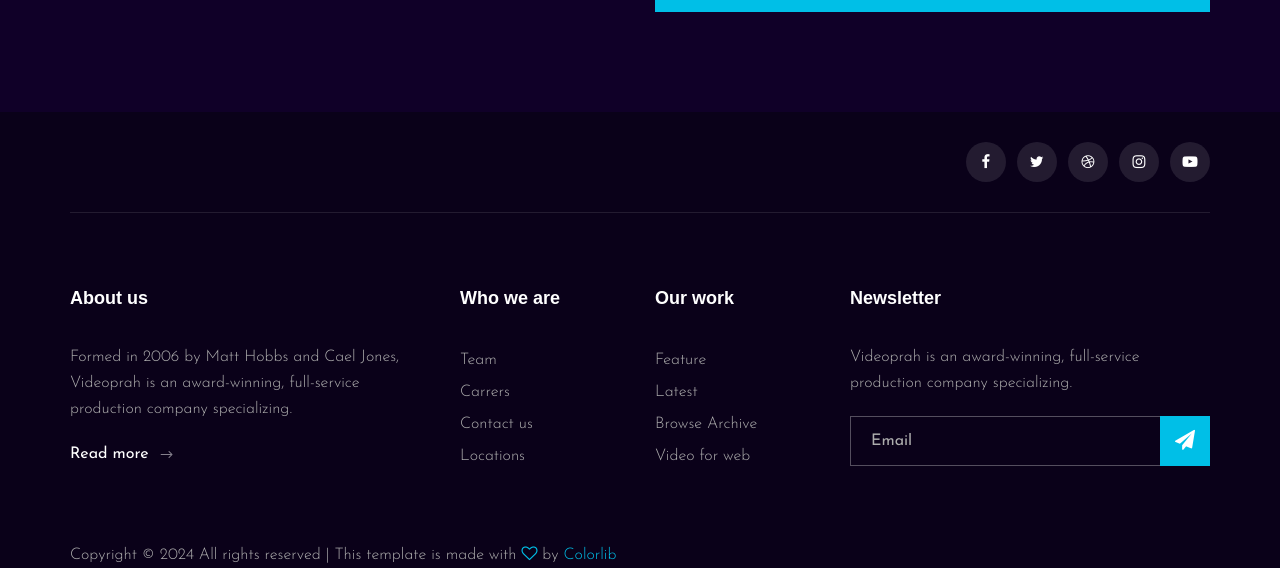
Repository: codexshot/himanshu-portfolio.io
Page: contact.html
An editor plug-in stored every save of this project. The page is shown before and after a run of saves, followed by the edit.
The browser window is 1280 px wide. The pictures show the part of the page from y = 1095 to 1663 px (the page is 1663 px tall before and 1637 px after).
Some web fonts or font styles are not loaded; a fallback is used.

Above is the page before, as saved 2024-04-14 19:03:02.

After the next 6 saves:
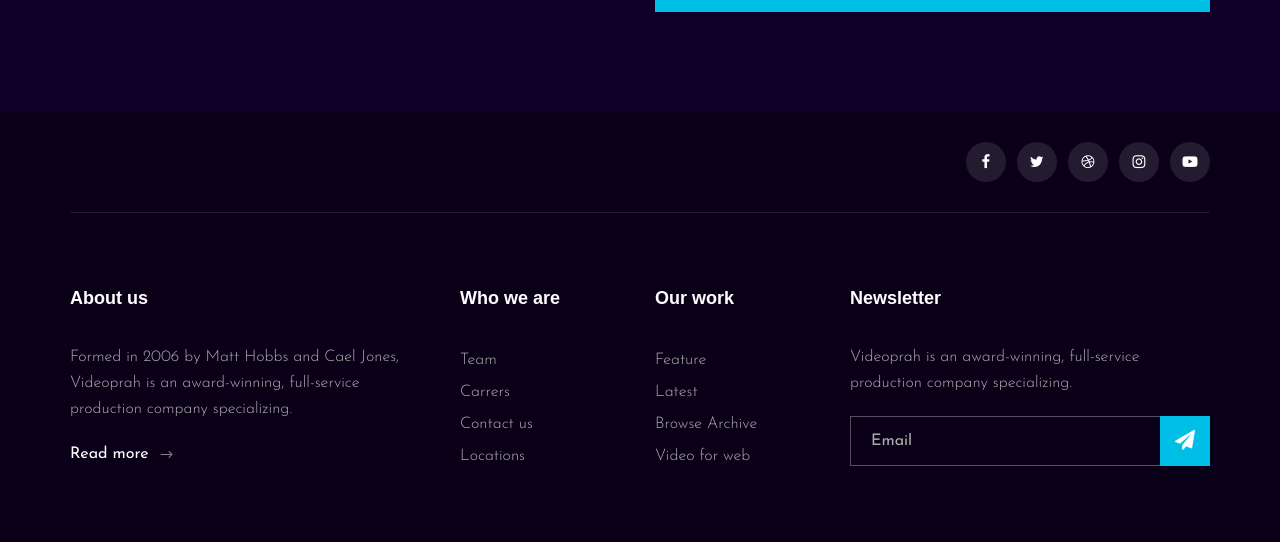
The 6 saves are shown as one change because they came seconds apart.
The last was saved 10 s later.
--- a/contact.html
+++ b/contact.html
@@ -222,12 +222,12 @@
                 <!-- <div class="row"> -->
                     <!-- <div class="col-lg-12 text-center"> -->
                         <!-- Link back to Colorlib can't be removed. Template is licensed under CC BY 3.0. -->
-                        <p class="footer__copyright__text">Copyright &copy;
-                            <script>
-                                document.write(new Date().getFullYear());
-                            </script>
-                            All rights reserved | This template is made with <i class="fa fa-heart-o"
-                                aria-hidden="true"></i> by <a href="https://colorlib.com" target="_blank">Colorlib</a>
+                        <!-- <p class="footer__copyright__text">Copyright &copy; -->
+                            <!-- <script> -->
+                                <!-- document.write(new Date().getFullYear()); -->
+                            <!-- </script> -->
+                            <!-- All rights reserved | This template is made with <i class="fa fa-heart-o" -->
+                                <!-- aria-hidden="true"></i> by <a href="https://colorlib.com" target="_blank">Colorlib</a> -->
                         <!-- </p> -->
                         <!-- Link back to Colorlib can't be removed. Template is licensed under CC BY 3.0. -->
                     <!-- </div> -->
